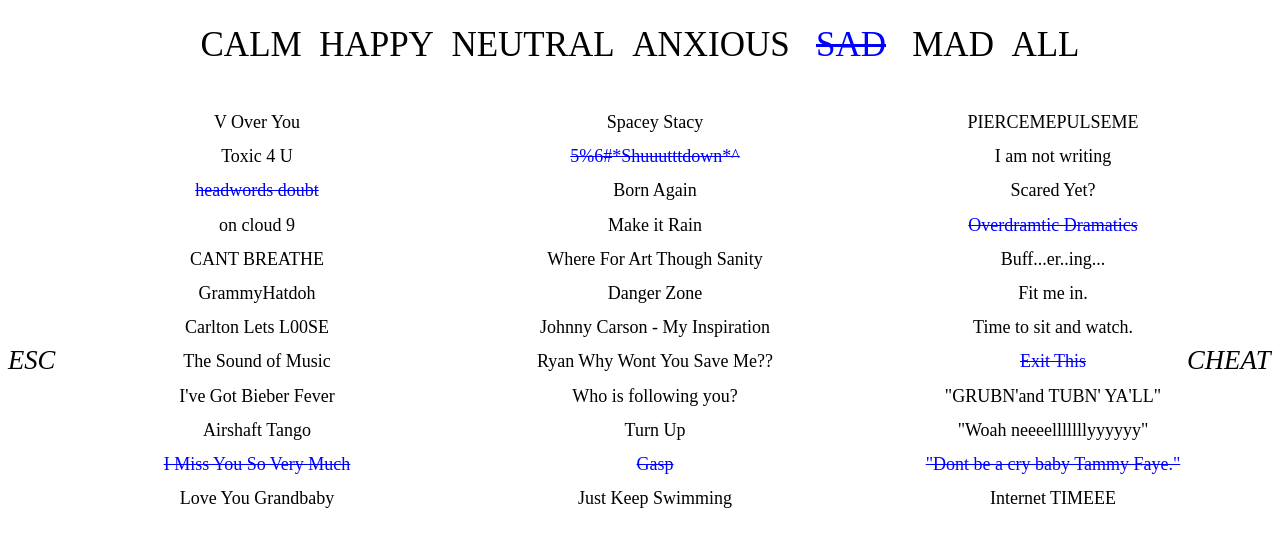
Repository: bradk647/bradk647.github.io
Page: cheat/sadcheat.html
The author's editor kept a record of every edit. The page is drawn from the files as they stood at one moment, then again after the next edit.
The browser window is 1280 px wide. The pictures show the whole page.

Above is the page before.

After the next edit:
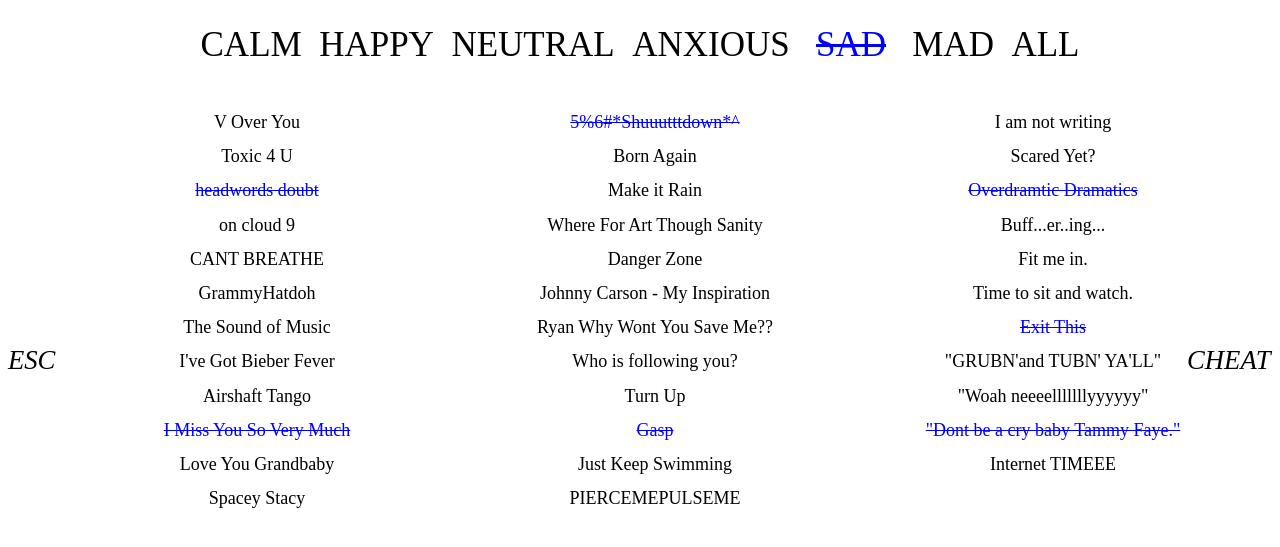
The edit:
--- a/cheat/sadcheat.html
+++ b/cheat/sadcheat.html
@@ -40,7 +40,6 @@
             <a href="../bunny/clouds.html" div id="orange"><li>on cloud 9</li></a>
             <a href="../bunny/constriction.html" div id="green"><li>CANT BREATHE</li></a>
             <a href="../bunny/GrammyHatdoh.html" div id="pink"><li>GrammyHatdoh</li></a>
-            <a href="../bunny/disco.html" div id="pink"><li>Carlton Lets L00SE</li></a>
             <a href="../bunny/moutaintop.html" div id="orange"><li>The Sound of Music</li></a>
             <a href="../bunny/bieber.html" div id="red"><li>I've Got Bieber Fever</li></a>
             <a href="../bunny/AirshaftTango.html" div id="green"><li>Airshaft Tango</li></a>
